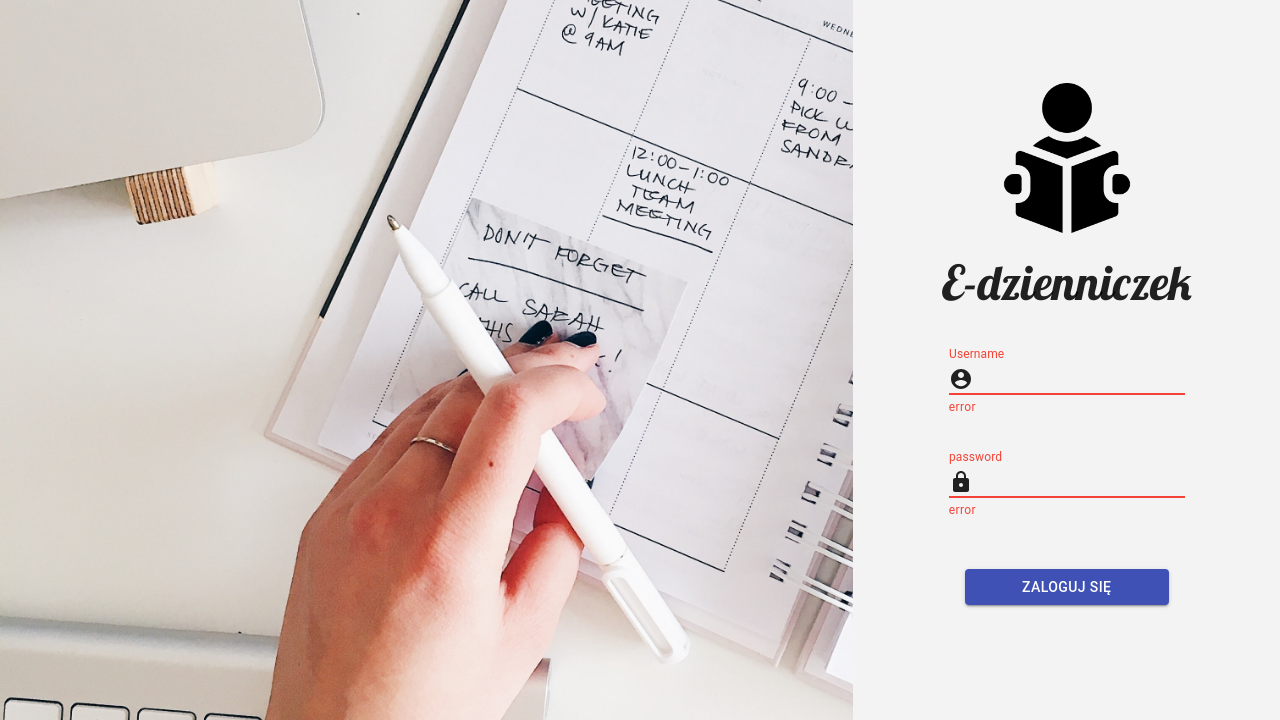
Repository: dominik3131/E-dzienniczek
Page: /
The author's editor kept a copy of each file at every save. The page is drawn from the files as they stood at one save, then again after a run of saves.
The browser window is 1280 px wide. The pictures show the whole page.
The project was rebuilt for these pictures with package versions that can differ from the ones it lists, and the page was loaded fresh each time.

Above is the page before, as saved 2020-11-17 14:26:25.

After the next 2 saves:
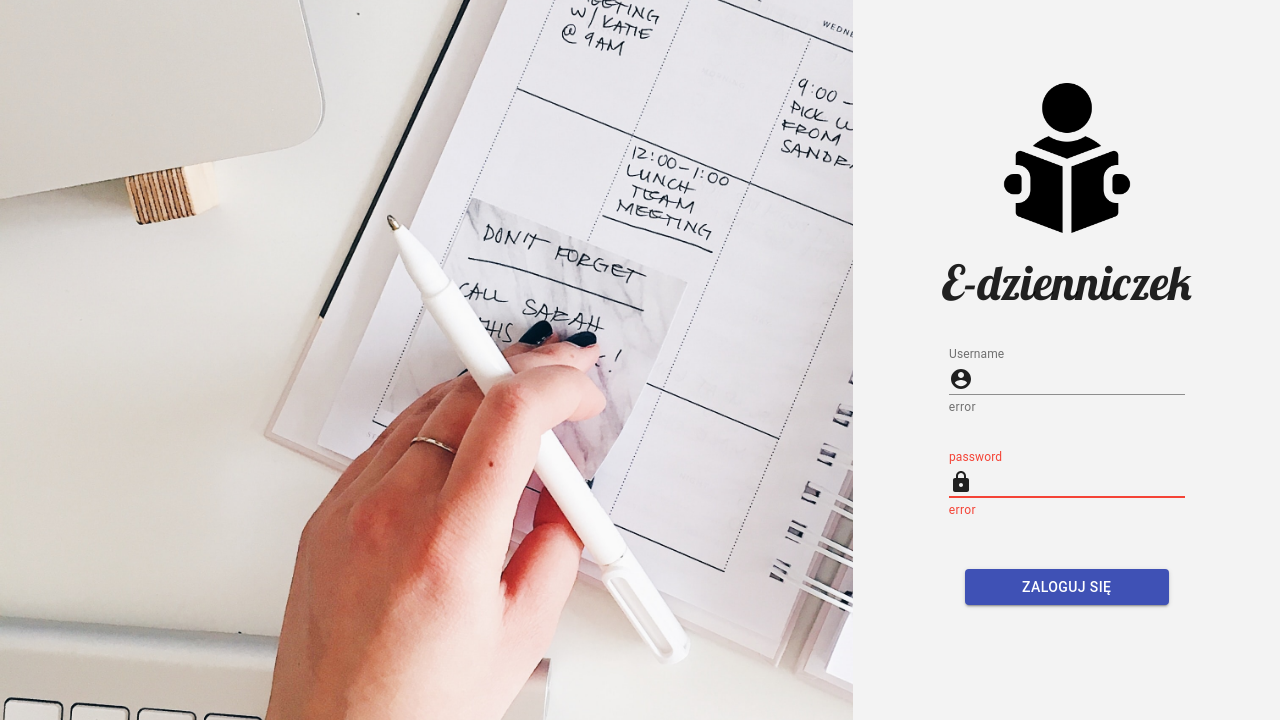
The 2 saves are shown as one change because 1 did not build or start.
The last was saved 7 min 56 s later.
--- a/src/components/LoginForm/LoginForm.js
+++ b/src/components/LoginForm/LoginForm.js
@@ -33,7 +33,7 @@ const LoginForm = (props) => {
         id="username"
         name="username"
         helperText="error"
-        error={data.username.length === 0 ? "podany email nie istnieje" : null}
+        error={props.errors.length > 0 || null}
         label="Username"
         InputProps={{
           startAdornment: (
--- a/src/shared/withLogin.js
+++ b/src/shared/withLogin.js
@@ -1,22 +1,26 @@
 import { React, useState } from "react";
 import { useDispatch } from "react-redux";
 import { login } from "../actions/auth";
+import { loginFieldsValidate } from "../validation/login";
 import CircularProgress from "@material-ui/core/CircularProgress";
 // eslint-disable-next-line import/no-anonymous-default-export
 export default (Cmp) => {
   return (props) => {
     const [loading, setLoading] = useState(false);
+    const [errors, setErrors] = useState([]);
     const dispatch = useDispatch();
 
     const logIn = ({ username, password }) => {
       setLoading(true);
-      debugger;
-      dispatch(login(username, password));
+      setErrors(loginFieldsValidate(username, password));
+      if (errors.length === 0) {
+        dispatch(login(username, password));
+      }
     };
     if (loading) {
       return <CircularProgress />;
     }
 
-    return <Cmp {...props} tryLogin={logIn} />;
+    return <Cmp {...props} tryLogin={logIn} errors={errors} />;
   };
 };
